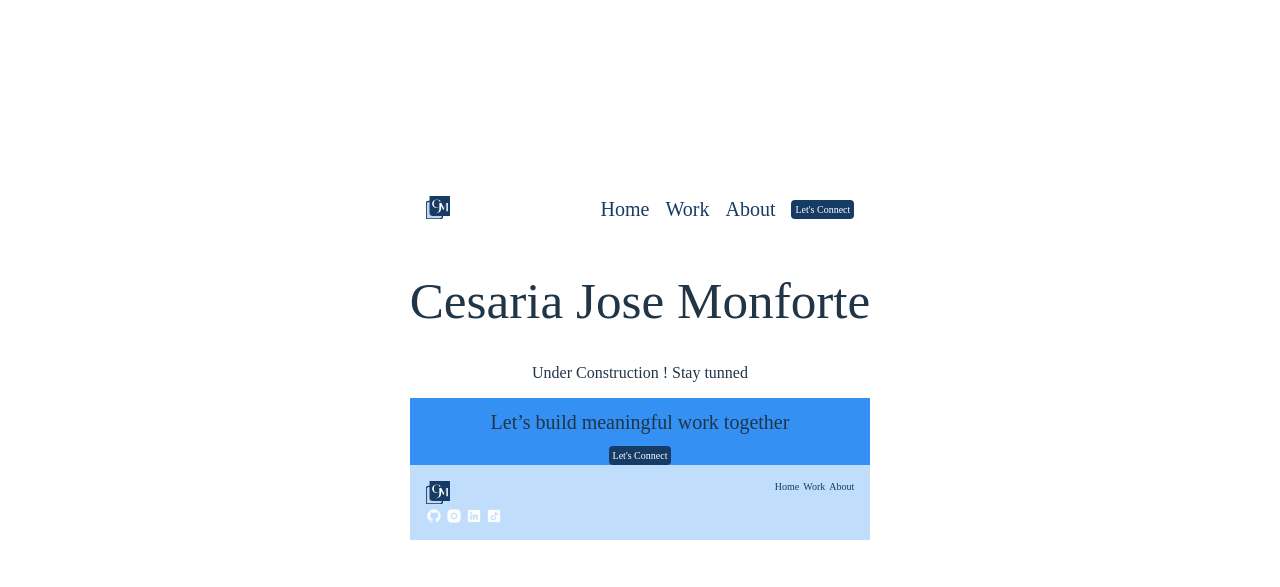
Repository: CesariaMonforte/cesariamonforte
Page: /
These files come from the project's save history. The page is drawn as it stood at one moment and after the next save; the edit follows.
The browser window is 1280 px wide. The pictures show the whole page.
The project was rebuilt for these pictures with package versions that can differ from the ones it lists, and the page was loaded fresh each time. Also part of the build but not shown: vite.config.js.

Above is the page before, as saved 2026-01-25 14:27:40.

### index.html
<!doctype html>
<html lang="en">
  <head>
    <meta charset="UTF-8" />
    <link rel="icon" type="image/svg+xml" href="/Logo.svg" />
    <meta name="viewport" content="width=device-width, initial-scale=1.0" />
    <title>cesariamonforte</title>
  </head>
  <body>
    <div id="root"></div>
    <script type="module" src="/src/main.jsx"></script>
  </body>
</html>

### src/index.css
* {
    font: var(--font-family);
}
a {
    font-weight: 500;
    color: #163c66;
    text-decoration: inherit;
}
a:hover {
    color: #535bf2;
}

body {
    margin: 0;
    display: flex;
    place-items: center;
    min-width: 320px;
    min-height: 100vh;
}

h1 {
    font-size: 3.2em;
    line-height: 1.1;
}

button {
    border-radius: 8px;
    border: 1px solid transparent;
    padding: 0.6em 1.2em;
    font-size: 1em;
    font-weight: 500;
    font-family: inherit;
    background-color: #1a1a1a;
    cursor: pointer;
    transition: border-color 0.25s;
}
button:hover {
    border-color: #646cff;
}
button:focus,
button:focus-visible {
    outline: 4px auto -webkit-focus-ring-color;
}

@media (prefers-color-scheme: light) {
    :root {
        color: #213547;
        background-color: #ffffff;
    }
    a:hover {
        color: #747bff;
    }
    button {
        background-color: #f9f9f9;
    }
}

/* ------------------------------------------------------ VARIABLES ------------------------------------------------------ */
:root {
    /* ----- COLORS ----- */
    --primary-50: #ebf4fe;
    --primary-100: #c0ddfb;
    --primary-200: #a2ccf9;
    --primary-300: #78b5f7;
    --primary-400: #5da6f5;
    --primary-500: #3590f3;
    --primary-600: #3083dd;
    --primary-700: #2666ad;
    --primary-800: #1d4f86;
    --primary-900: #163c66;

    --secondary-500: #aadc66;
    --secondary-100: #e5f4d0;
    --secondary-700: #799c48;
    /* -- neutral colors -- */

    --bege-500: #fdf7eb;
    --white: #ffffff;
    --black-500: #060606;
    --black-400: #383838;
    --black-300: #585858;
    --black-200: #8c8c8c;
    --black-100: #b2b2b2;
    --black-50: #e6e6e6;

    /* -- warn colors -- */

    --yellow-500: #ffbf00;
    --orange-500: #ff6600;
    --red-500: #ff2f3d;

    /* ----- TYPE ----- */
    --font-family: "Bricolage Grotesque", sans-serif;

    --font-size-extra-large: 88px;
    --font-size-large: 30px;
    --font-size-extra-medium: 24px;
    --font-size-medium: 20px;
    --font-size-regular: 16px;
    --font-size-small: 12px;
    --font-size-extra-small: 10px;

    --font-style-normal: normal;
    --font-weight-bold: bold;

    --line-height-xxlarge: 100px;
    --line-height-large: 36px;
    --line-height-medium: 28px;
    --line-height-small: 20px;

    /* ----- SPACING ----- */
    --space-extra-small: 4px;
    --space-small: 8px;
    --space-regular: 16px;
    --space-medium: 32px;
    --space-large: 48px;
    --space-extra-large: 140px;
}

### src/App.jsx
import { useState } from "react";
import "./App.css";

import NavBar from "./_ui/NavBar/NavBar";
import Footer from "./_ui/Footer/Footer";
import ConnectBanner from "./_ui/ConnectBanner/ConnectBanner";

import RegButton from "./_ui/RegButton/RegButton";

function App() {
    function handleConnect() {}

    return (
        <div>
            <NavBar />

            <div>
                <h1>Cesaria Jose Monforte</h1>
                <p>Under Construction ! Stay tunned</p>
            </div>

            <ConnectBanner />
            <Footer />
        </div>
    );
}

export default App;

### src/_ui/NavBar/NavBar.jsx
import styles from "./NavBar.module.css";

import RegButton from "../RegButton/RegButton";

function NavBar({}) {
    return (
        <div className={styles.navbar}>
            <div>
                <img
                    src='/Logo.svg'
                    alt='logo'
                    className={styles.logo}
                />
            </div>

            <div className={styles.navLinks}>
                <a href='/'>Home</a>
                <a href='/'>Work</a>
                <a href='/'>About</a>
                <RegButton button_text={"Let's Connect"} />
            </div>
        </div>
    );
}
export default NavBar;

### src/_ui/Footer/Footer.jsx
import styles from "./Footer.module.css";

function Footer({}) {
    return (
        <div className={styles.footer_container}>
            <div className={styles.container_logo_connection}>
                <img
                    src='/Logo.svg'
                    alt='logo'
                    className={styles.logo}
                />
                <div className={styles.connection_links}>
                    <img
                        src='/GitHub.svg'
                        alt='logo'
                        className={styles.connection}
                    />
                    <img
                        src='/Instagram.svg'
                        alt='logo'
                        className={styles.connection}
                    />
                    <img
                        src='/LinkedIn.svg'
                        alt='logo'
                        className={styles.connection}
                    />
                    <img
                        src='/TikTok.svg'
                        alt='logo'
                        className={styles.connection}
                    />
                </div>
            </div>

            <div className={styles.navLinks}>
                <a href='/'>Home</a>
                <a href='/'>Work</a>
                <a href='/'>About</a>
            </div>
        </div>
    );
}
export default Footer;

### src/_ui/ConnectBanner/ConnectBanner.jsx
import styles from "./ConnectBanner.module.css";

import RegButton from "../RegButton/RegButton";

function ConnectBanner() {
    return (
        <div className={styles.banner_container}>
            <h1 className={styles.banner_text}>
                Let’s build meaningful work together
            </h1>
            <RegButton button_text="Let's Connect" />
        </div>
    );
}

export default ConnectBanner;

### src/_ui/RegButton/RegButton.jsx
import styles from "./RegButton.module.css";

function RegButton({ button_text, onclick }) {
    return (
        <>
            <div
                onClick={onclick}
                className={styles.button_reg}>
                {button_text}
            </div>
        </>
    );
}

export default RegButton;

### src/_ui/NavBar/NavBar.module.css
/* Extra small devices  */
@media (min-width: 200px) {
    .navbar {
        display: flex;
        flex-direction: row;
        justify-content: space-between;
        align-items: center;
        padding: 1rem;
        background-color: var(--white);
    }
    .navLinks {
        display: flex;
        flex-direction: row;
        justify-content: space-between;
        align-items: center;
        color: var(--primary-900);
        gap: 1rem;
        font-size: var(--font-size-extra-small);
    }
    .logo {
        width: 24px;
        height: auto;
    }
}

/* Regular iphone and tablet */

@media (min-width: 600px) {
    .navbar {
        display: flex;
        flex-direction: row;
        justify-content: space-between;
        align-items: center;
        padding: 1rem;
        background-color: var(--white);
    }
    .navLinks {
        display: flex;
        flex-direction: row;
        justify-content: space-between;
        align-items: center;
        color: var(--primary-900);
        gap: 1rem;
        font-size: var(--font-size-small);
    }
    .logo {
        width: 24px;
        height: auto;
    }
}

/* Laptops Desktop Devices */
@media (min-width: 900px) {
    .navbar {
        display: flex;
        flex-direction: row;
        justify-content: space-between;
        align-items: center;
        padding: 1rem;
        background-color: var(--white);
    }
    .navLinks {
        display: flex;
        flex-direction: row;
        justify-content: space-between;
        align-items: center;
        color: var(--primary-900);
        gap: 1rem;
        font-size: var(--font-size-medium);
    }
    .logo {
        width: 24px;
        height: auto;
    }
}

/* Extra large Desktop Devices */
@media (min-width: 1300) {
    .navbar {
        display: flex;
        flex-direction: row;
        justify-content: space-between;
        align-items: center;
        padding: 1rem;
        background-color: var(--white);
    }
    .navLinks {
        display: flex;
        flex-direction: row;
        justify-content: space-between;
        align-items: center;
        color: var(--primary-900);
        gap: 1rem;
        font-size: var(--font-size-medium);
    }
    .logo {
        width: 24px;
        height: auto;
    }
}

### src/_ui/Footer/Footer.module.css
/* Extra small devices  */
@media (min-width: 200px) {
    .footer_container {
        display: flex;
        flex-direction: row;

        align-items: flex-start;
        justify-content: space-between;
        padding: 1rem;
        background-color: var(--primary-100);
    }
    .navLinks {
        display: flex;
        flex-direction: row;
        gap: var(--space-extra-small);
        align-items: flex-end;
        color: var(--primary-900);
        font-size: var(--font-size-extra-small);
    }
    .logo {
        width: 24px;
        height: auto;
    }

    .container_logo_connection {
        display: flex;
        flex-direction: column;
        align-items: flex-start;
        gap: var(--space-extra-small);
    }

    .connection_links {
        display: flex;
        flex-direction: row;
        gap: var(--space-extra-small);
    }
    .connection {
        width: 16px;
        height: auto;
    }
}

/* Regular iphone and tablet */

@media (min-width: 600px) {
    .footer_container {
        display: flex;
        flex-direction: row;
        justify-content: space-between;
        align-items: flex-start;
        padding: 1rem;
        background-color: var(--primary-100);
    }
    .navLinks {
        display: flex;
        flex-direction: row;
        gap: var(--space-extra-small);
        align-items: flex-end;
        color: var(--primary-900);
        font-size: var(--font-size-extra-small);
    }
    .logo {
        width: 24px;
        height: auto;
    }

    .container_logo_connection {
        display: flex;
        flex-direction: column;
        align-items: flex-start;
        gap: var(--space-extra-small);
    }

    .connection_links {
        display: flex;
        flex-direction: row;
        gap: var(--space-extra-small);
    }
    .connection {
        width: 16px;
        height: auto;
    }
}

/* Laptops Desktop Devices */
@media (min-width: 900px) {
    .footer_container {
        display: flex;
        justify-content: space-between;
        flex-direction: row;
        align-items: flex-start;
        padding: 1rem;
        background-color: var(--primary-100);
    }
    .navLinks {
        display: flex;
        flex-direction: row;
        gap: var(--space-extra-small);
        align-items: flex-end;
        color: var(--primary-900);
        font-size: var(--font-size-extra-small);
    }
    .logo {
        width: 24px;
        height: auto;
    }

    .container_logo_connection {
        display: flex;
        flex-direction: column;
        align-items: flex-start;
        gap: var(--space-extra-small);
    }

    .connection_links {
        display: flex;
        flex-direction: row;
        gap: var(--space-extra-small);
    }
    .connection {
        width: 16px;
        height: auto;
    }
}

/* Extra large Desktop Devices */
@media (min-width: 1300) {
    .navbar {
        display: flex;
        flex-direction: row;
        justify-content: space-between;
        align-items: center;
        padding: 1rem;
        background-color: var(--white);
    }
    .navLinks {
        display: flex;
        flex-direction: row;
        justify-content: space-between;
        align-items: center;
        color: var(--primary-900);
        gap: 1rem;
        font-size: var(--font-size-medium);
    }
    .logo {
        width: 24px;
        height: auto;
    }
}

### src/_ui/ConnectBanner/ConnectBanner.module.css
.banner_container {
    display: flex;
    flex-direction: column;
    align-items: center;
    background-color: var(--primary-500);
}

.banner_text {
    font-size: var(--font-size-medium);
    color: var(--back);
    text-align: center;
}

### src/_ui/RegButton/RegButton.module.css
.button_reg {
    background-color: var(--primary-900);
    border-radius: var(--space-extra-small);
    color: var(--white);
    font-size: var(--font-size-extra-small);
    padding: var(--space-extra-small);
    width: fit-content;
    height: auto;
}

.button_reg:hover {
    background-color: var(--white);
    border-radius: var(--space-extra-small);
    color: var(--primary-900);
    font-size: var(--font-size-extra-small);
    padding: var(--space-extra-small);
    width: fit-content;
    height: auto;
    border: 1px solid var(--primary-900);
}

Loaded but not shown: src/main.jsx (common file); src/App.css (common file)

After the next save:
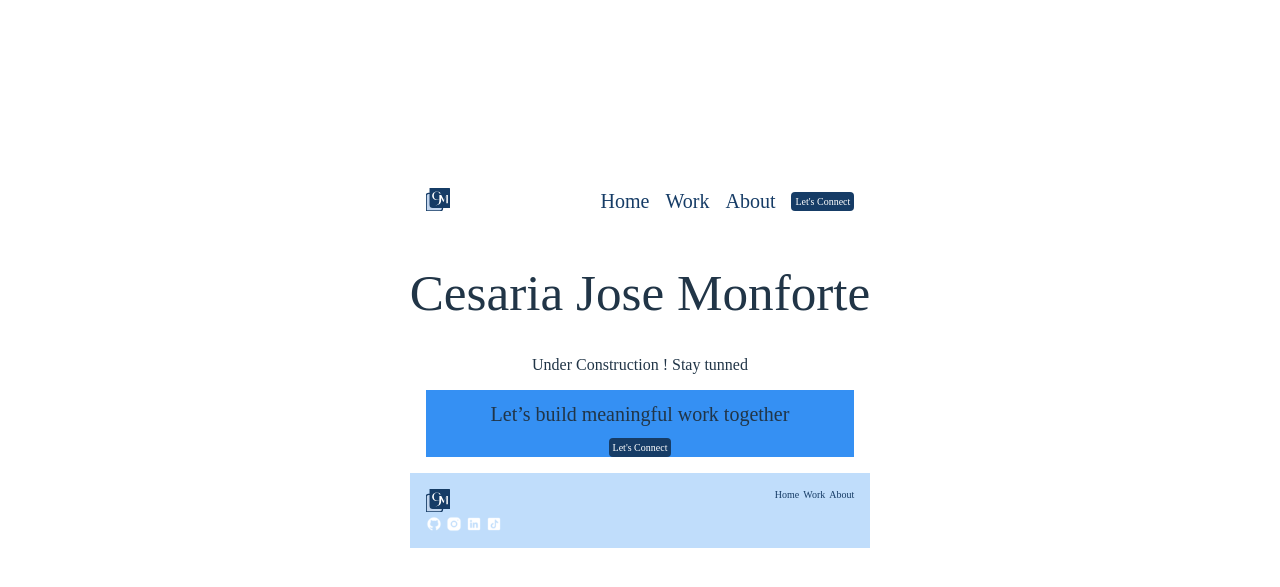
Saved 17 s later.
--- a/src/_ui/ConnectBanner/ConnectBanner.module.css
+++ b/src/_ui/ConnectBanner/ConnectBanner.module.css
@@ -3,6 +3,7 @@
     flex-direction: column;
     align-items: center;
     background-color: var(--primary-500);
+    margin: var(--space-regular);
 }
 
 .banner_text {
